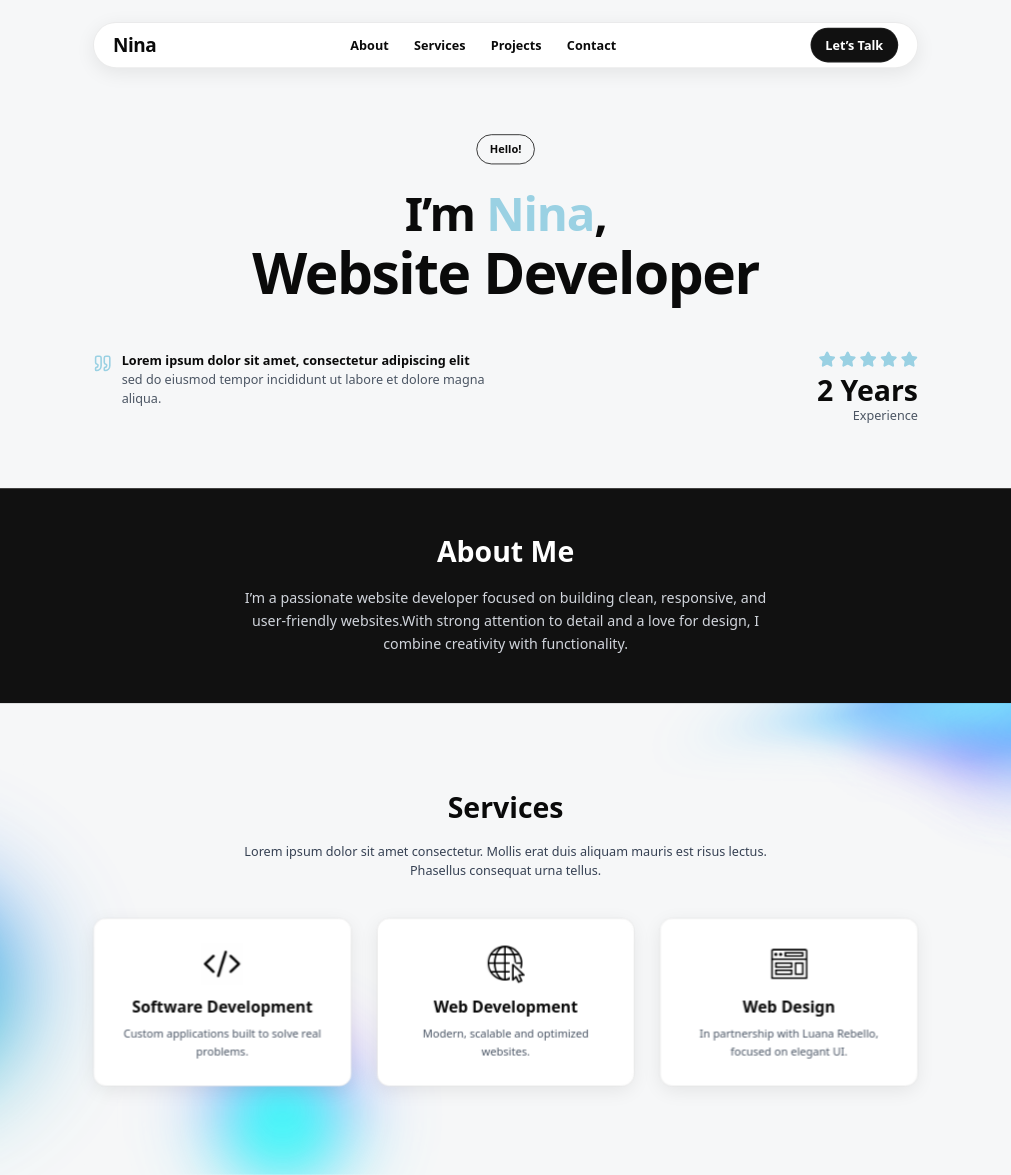
Repository: nina-rebello/portfolio
Page: /
These files come from the project's save history. The page is drawn as it stood at one moment and after the next save; the edit follows.
The browser window is 1280 px wide. The pictures show the whole page, at 79% of full size.
The project was rebuilt for these pictures with package versions that can differ from the ones it lists, and the page was loaded fresh each time. The framework's server and built-in components were replaced by stand-ins that run in the browser. Also part of the build but not shown: next.config.ts.

Above is the page before, as saved 2025-09-11 16:08:49.

After the next save:
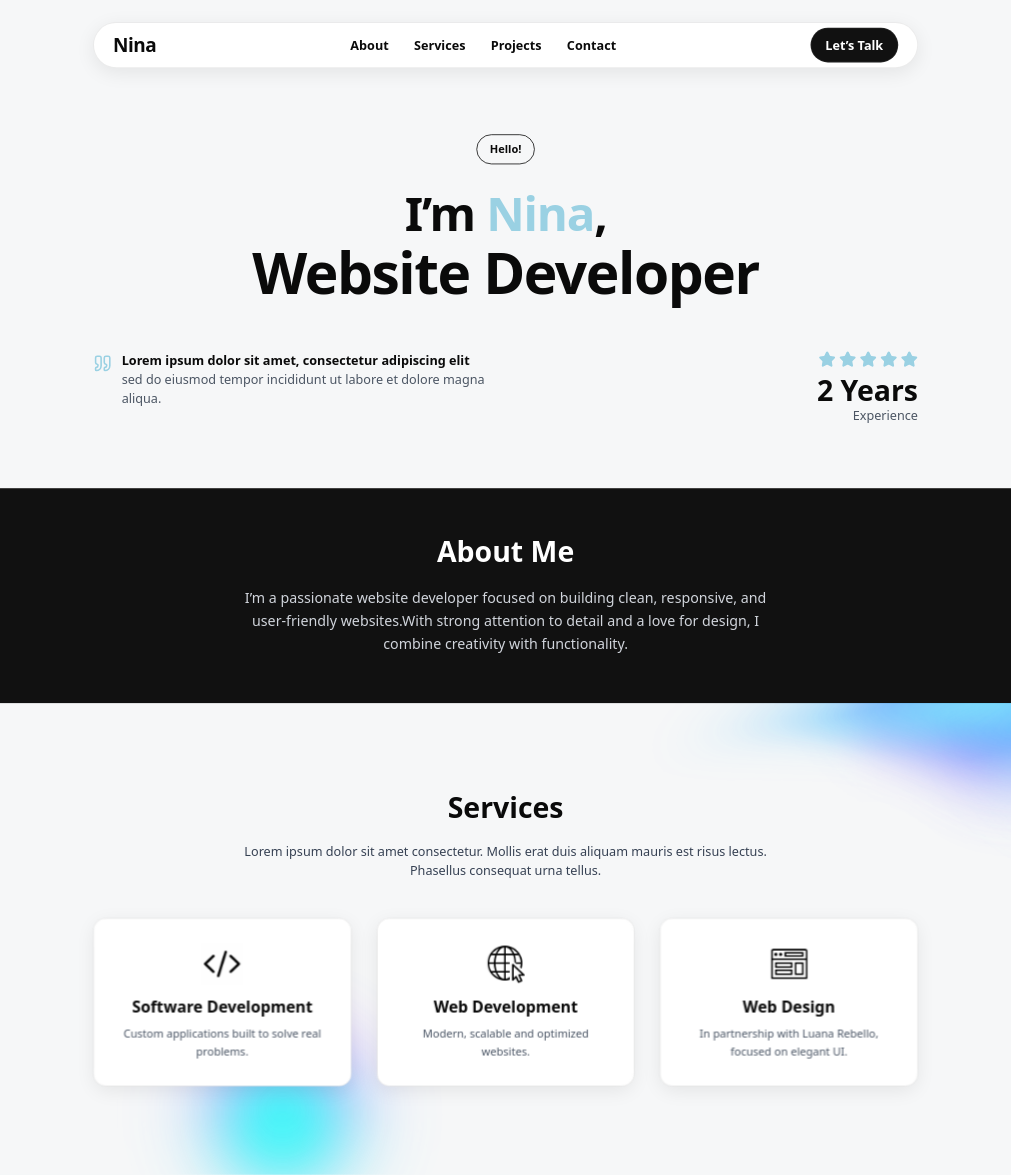
Saved 48 min 5 s later.
--- a/components/sections/Services.tsx
+++ b/components/sections/Services.tsx
@@ -38,13 +38,6 @@ export default function Services() {
           height={1200}
           className="absolute -bottom-40 left-[8%] w-[520px] opacity-70"
         />
-        <Image
-          src="/gradients/blur-gradient.png"
-          alt=""
-          width={600}
-          height={600}
-          className="absolute top-4 right-250 w-[760px] opacity-70"
-        />
       </div>
 
       {/* === conteúdo (fica acima do fundo) === */}
